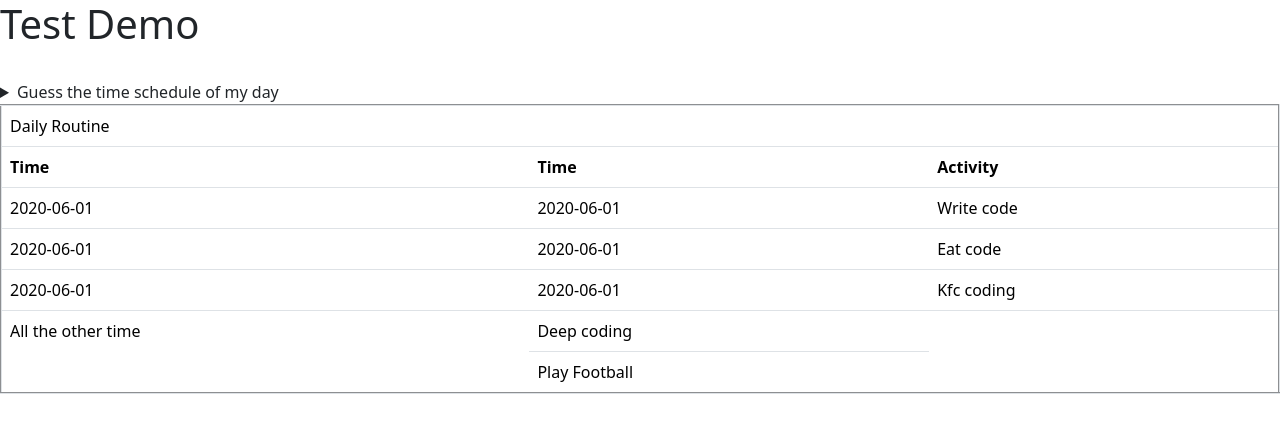
Repository: cavidk/taco_shop-web
Page: html basics/index.html
These files come from the project's save history. The page is drawn as it stood at one moment and after the next save; the edit follows.
The browser window is 1280 px wide. The pictures show the whole page.

Above is the page before, as saved 2024-06-07 17:20:15.

After the next save:
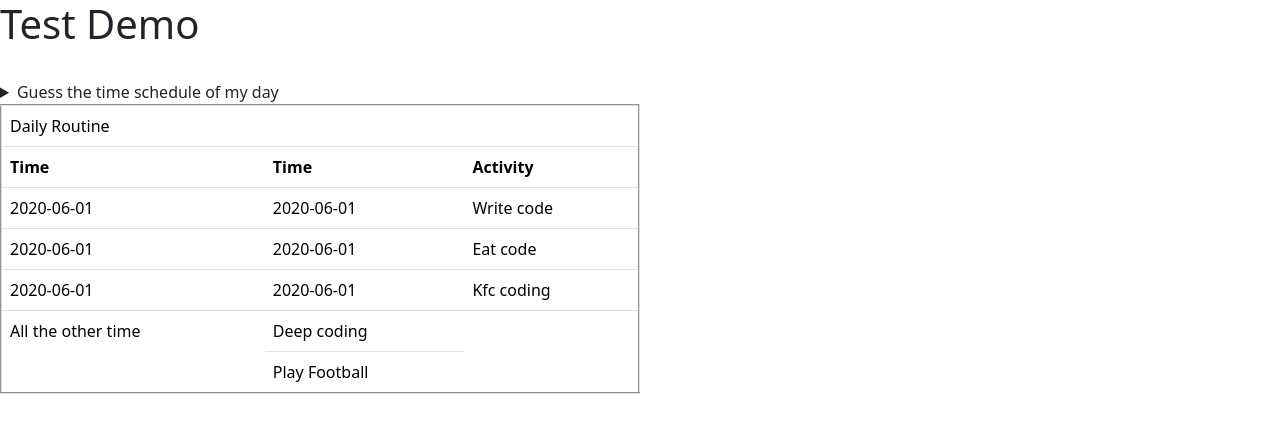
Saved 22 s later.
--- a/html basics/style.css
+++ b/html basics/style.css
@@ -2,3 +2,7 @@
 .table td:hover {
    background: yellow;
 }
+
+body{
+   width: 50%;
+}
